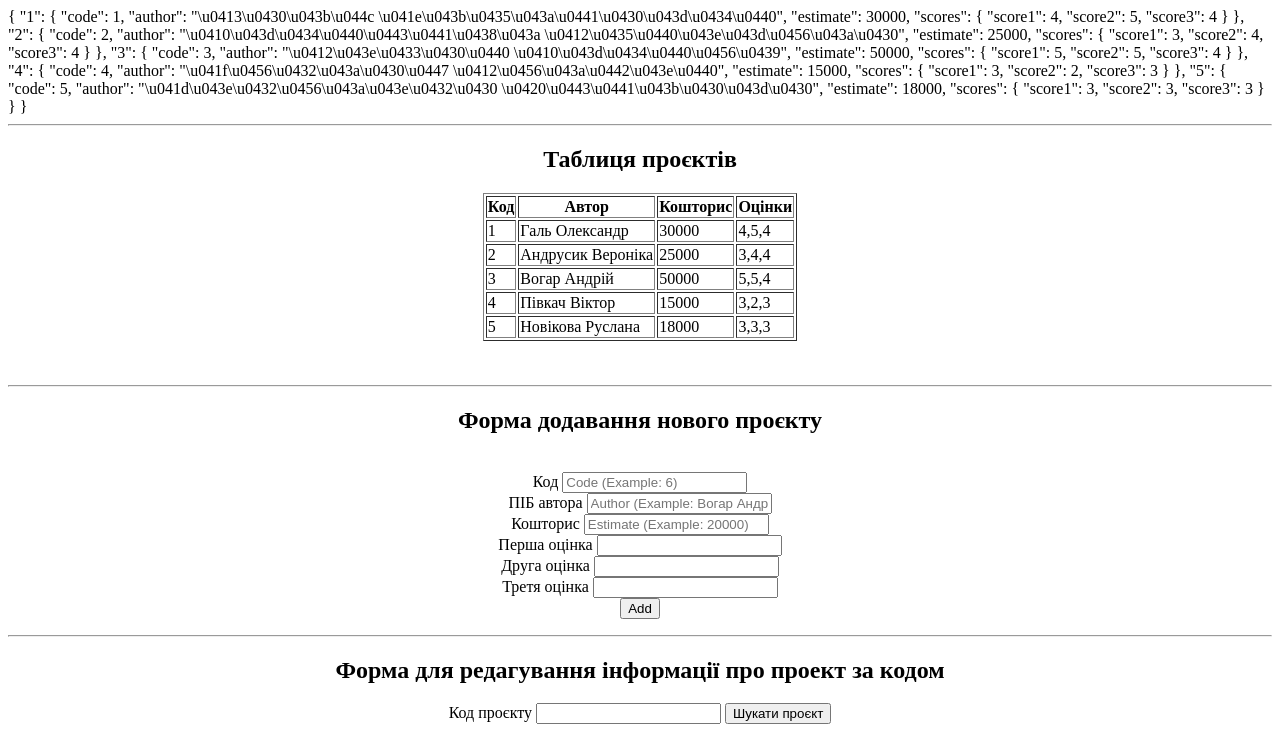
Repository: AndriyVohar/PHP-learn
Page: http://localhost/
These files come from the project's save history. The page is drawn as it stood at one moment and after the next save; the edit follows.
The browser window is 1280 px wide. The pictures show the whole page.
The page is run by PHP 8.4 with error messages shown; the project is at /var/www/html/.

Above is the page before, as saved 2023-10-04 19:54:07.

After the next save:
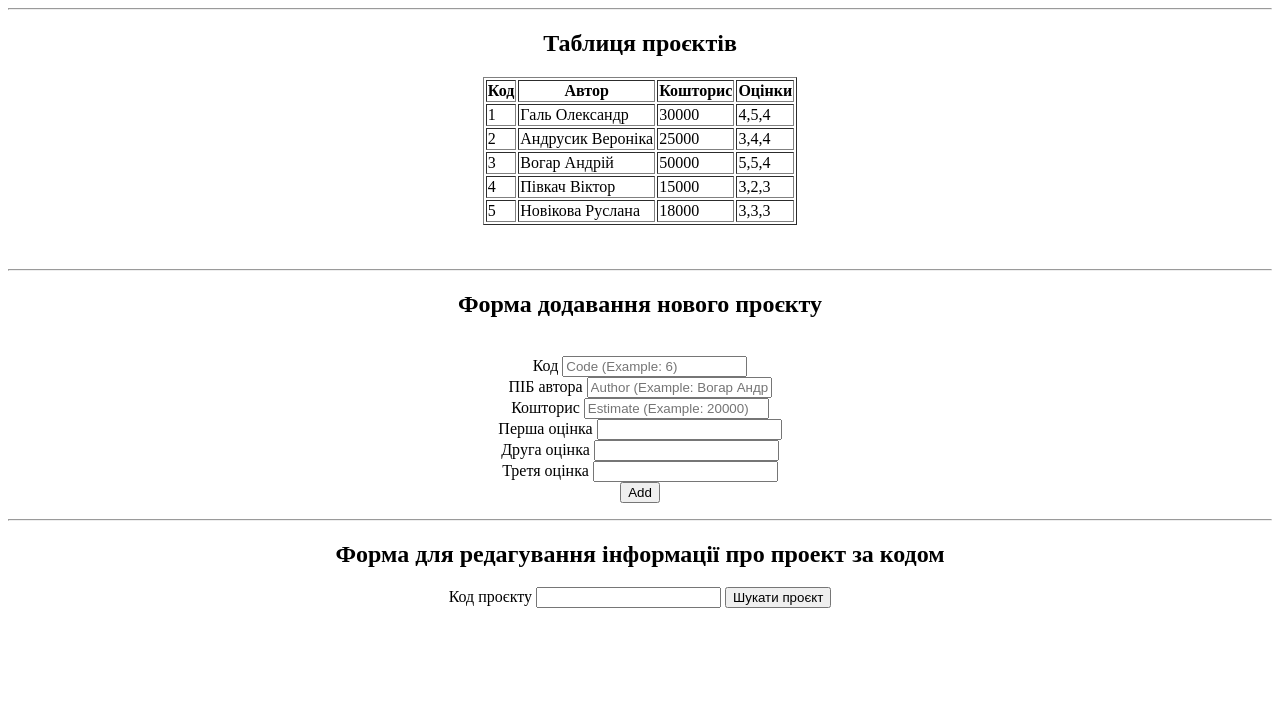
Saved 104 s later.
--- a/Lab-2/index.php
+++ b/Lab-2/index.php
@@ -1,5 +1,5 @@
 <?php
-$projectsJSON = readfile('projects-data.json');
+// $projectsJSON = readfile('projects-data.json');
 $projects = [
     1=>[
         'code'=>1,

After the save that followed:
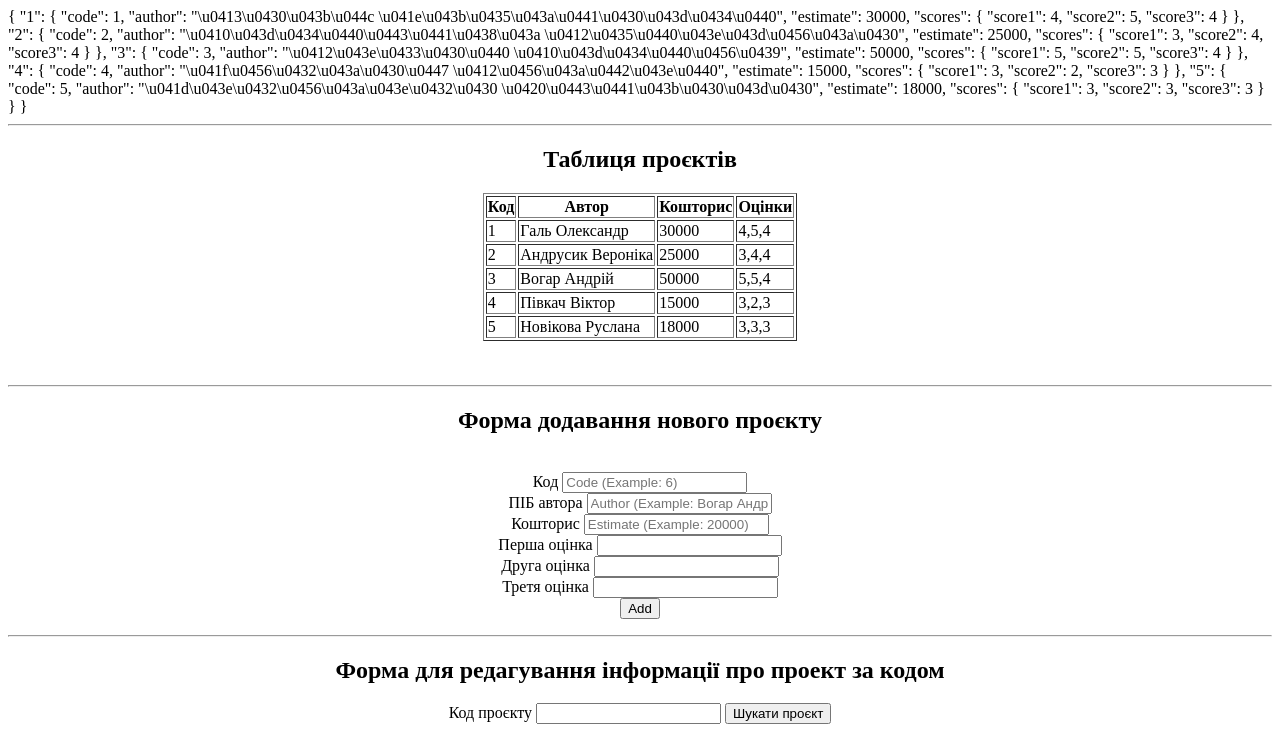
Saved 20 s later.
--- a/Lab-2/index.php
+++ b/Lab-2/index.php
@@ -1,5 +1,5 @@
 <?php
-// $projectsJSON = readfile('projects-data.json');
+$projectsJSON = readfile('projects-data.json');
 $projects = [
     1=>[
         'code'=>1,
